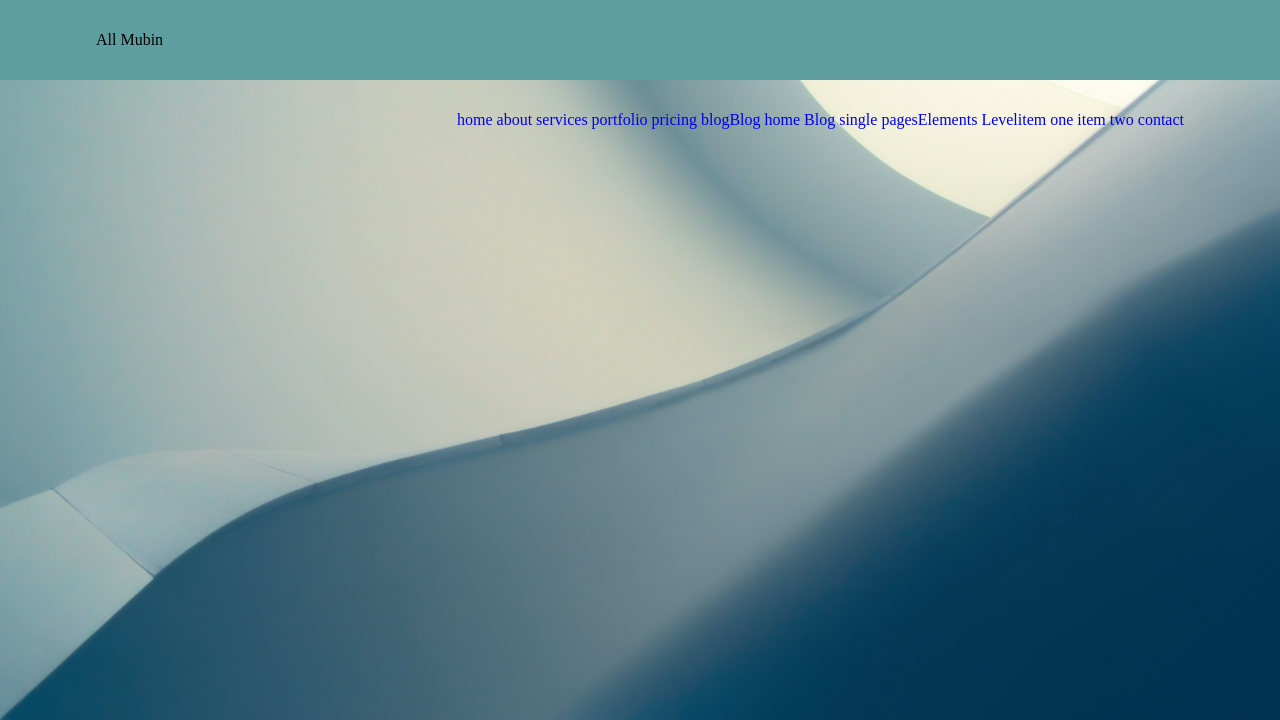
Repository: mdaj6804gmail/1-page-web-theme
Page: project 4/index.html
The author's editor kept a copy of each file at every save. The page is drawn from the files as they stood at one save, then again after the next save.
The browser window is 1280 px wide. The pictures show the whole page.

Above is the page before, as saved 2022-12-18 18:51:35.

### project 4/index.html
<!DOCTYPE html>
<html lang="en">
<head>
    <meta charset="UTF-8">
    <meta http-equiv="X-UA-Compatible" content="IE=edge">
    <meta name="viewport" content="width=device-width, initial-scale=1.0">
    <link rel="stylesheet" href="style.css">
    <title>Document</title>
</head>
<body>
    <header>
        <nav>
            <div class="logo">All Mubin </div>
            <ul>
                <li><a href="#">home</a></li>
                <li><a href="#">about</a></li>
                <li><a href="#">services</a></li>
                <li><a href="#">portfolio</a></li>
                <li><a href="#">pricing</a></li>
                <li><a href="#">blog</a>
                    <ul>
                        <li><a href="#">Blog home</a></li>
                        <li><a href="#">Blog single</a></li>
                    </ul>
                </li>
                <li><a href="#">pages</a>
                     <ul>
                        <li><a href="#">Elements</a></li>
                        <li><a href="#">Level</a>
                        <ul>
                            <li><a href="#">item one</a></li>
                            <li><a href="#">item two</a></li>
                        </ul>
                        </li>
                     </ul>
                </li>
                <li><a href="#">contact</a></li>
            </ul>
        </nav>
    </header>

</body>
</html>

### project 4/style.css
*{
    padding: 0;
    margin: 0;
    box-sizing: border-box;
    text-decoration: none;
    list-style: none;
}

body{
    background-image: url(pexels-johannes-plenio-1103970.jpg);
    background-attachment: fixed;
    background-position: center center;
    background-repeat: no-repeat;
    background-size: 100% 100%;

}

header{
    width: 100%;
    height: 80px;

    background-color: cadetblue;


}
nav{ width: 85%;
    margin: 0 auto;
    line-height: 80px;


}

header nav ul{
    float: right;
    line-height: 80px;


}

header nav ul li{
    display: inline-block;
    margin-right: ;

}

After the next save:
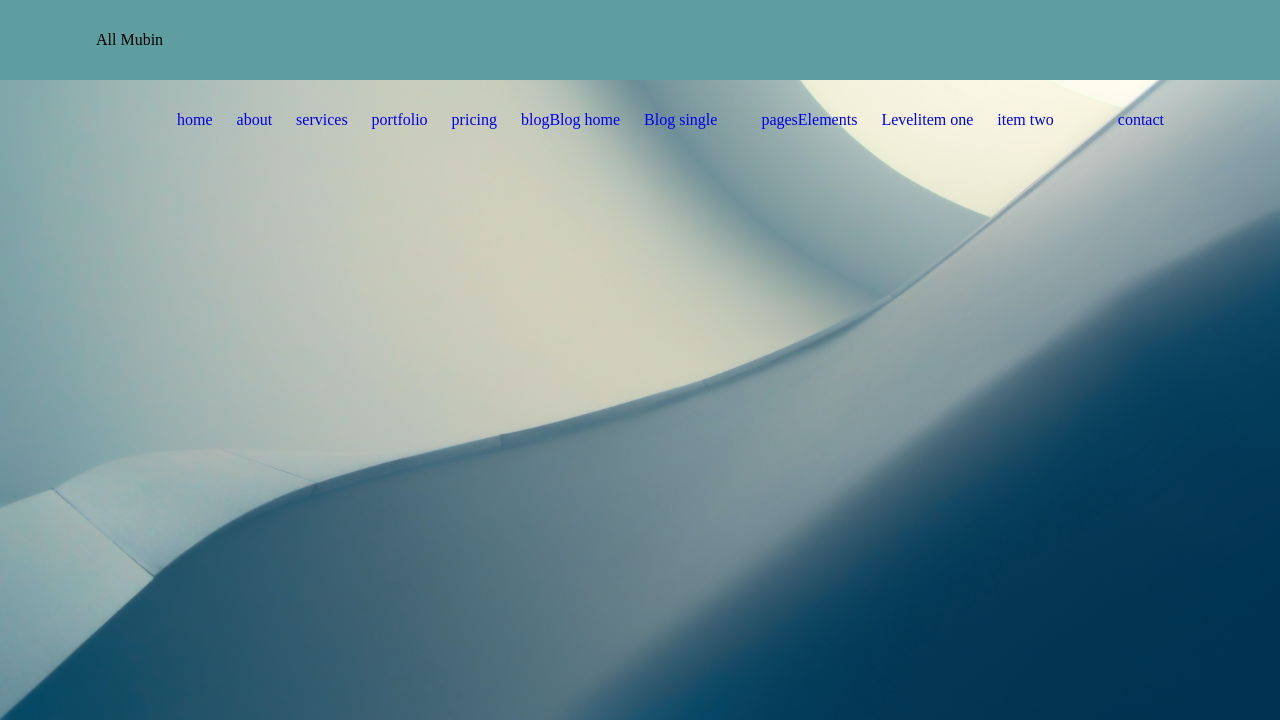
Saved 7 s later.
--- a/project 4/style.css
+++ b/project 4/style.css
@@ -39,6 +39,6 @@
 
 header nav ul li{
     display: inline-block;
-    margin-right: ;
+    margin-right: 20px;
 
 }
